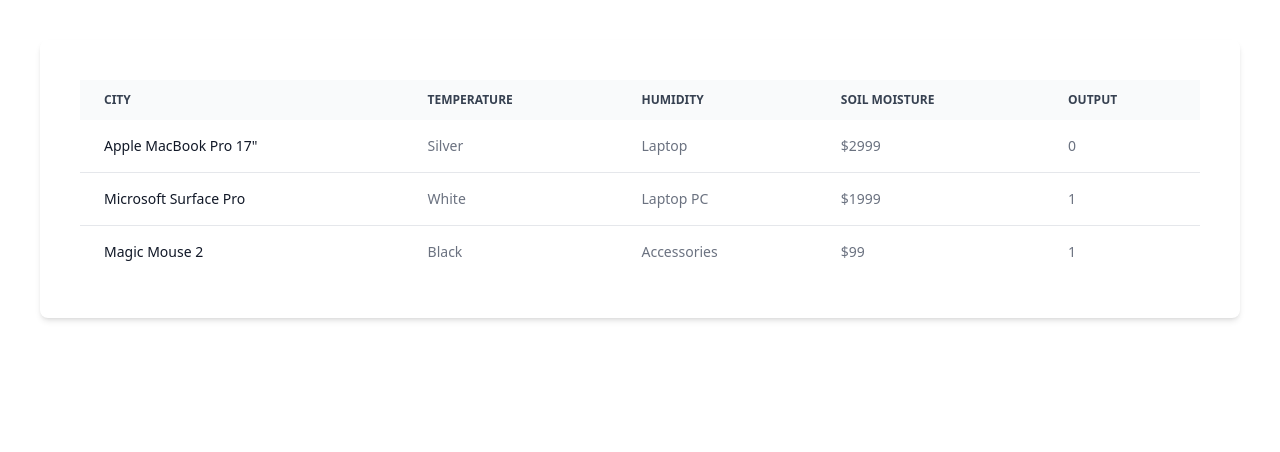
Repository: kirtigupta25/capstone_frontend
Page: /history (app in capstone/)
The author's editor kept a copy of each file at every save. The page is drawn from the files as they stood at one save, then again after the next save.
The browser window is 1280 px wide. The pictures show the whole page.
The project was rebuilt for these pictures with package versions that can differ from the ones it lists, and the page was loaded fresh each time. Also part of the build but not shown: capstone/vite.config.js, capstone/src/components/navbar.jsx, capstone/src/components/herosection.jsx, capstone/src/components/form.jsx, capstone/src/components/output.jsx.

Above is the page before, as saved 2024-07-22 00:45:05.

After the next save:
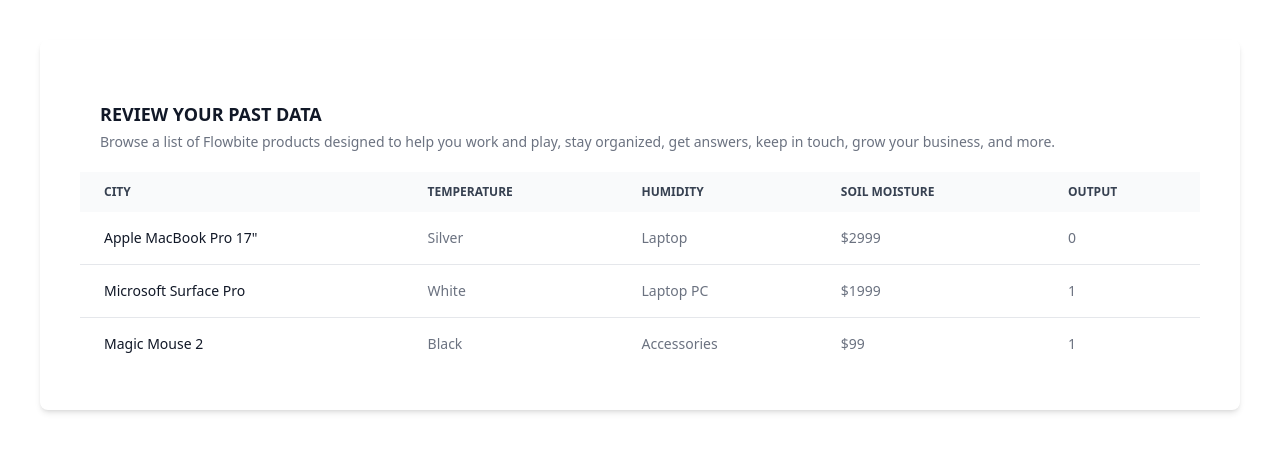
Saved 3 min 19 s later.
--- a/capstone/src/components/history.jsx
+++ b/capstone/src/components/history.jsx
@@ -6,6 +6,10 @@
 
 <div class="relative overflow-x-auto shadow-md sm:rounded-lg p-10">
     <table class="w-full text-sm text-left rtl:text-right text-gray-500 dark:text-gray-400">
+    <caption class="p-5 text-lg font-semibold text-left rtl:text-right text-gray-900 bg-white dark:text-white dark:bg-gray-800">
+     REVIEW YOUR PAST DATA
+            <p class="mt-1 text-sm font-normal text-gray-500 dark:text-gray-400">Browse a list of Flowbite products designed to help you work and play, stay organized, get answers, keep in touch, grow your business, and more.</p>
+        </caption>
         <thead class="text-xs text-gray-700 uppercase bg-gray-50 dark:bg-gray-700 dark:text-gray-400">
             <tr>
                 <th scope="col" class="px-6 py-3">
